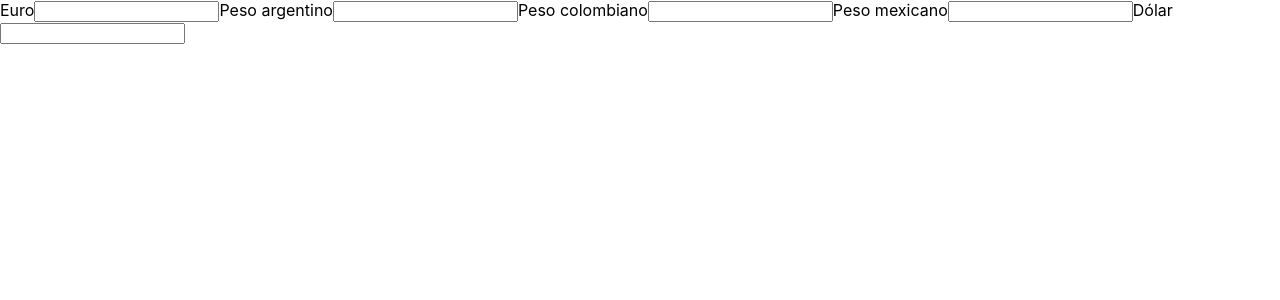
Repository: abgdev1997/ejercicios-react
Page: /
The author's editor kept a copy of each file at every save. The page is drawn from the files as they stood at one save, then again after the next save.
The browser window is 1280 px wide. The pictures show the whole page.
The project was rebuilt for these pictures with package versions that can differ from the ones it lists, and the page was loaded fresh each time.

Above is the page before, as saved 2022-02-22 13:56:23.

### public/index.html
<!DOCTYPE html>
<html lang="en">
  <head>
    <meta charset="utf-8" />
    <link rel="icon" href="%PUBLIC_URL%/favicon.ico" />
    <meta name="viewport" content="width=device-width, initial-scale=1" />
    <meta name="theme-color" content="#000000" />
    <meta
      name="description"
      content="Web site created using create-react-app"
    />
    <link rel="apple-touch-icon" href="%PUBLIC_URL%/logo192.png" />
    <link rel="manifest" href="%PUBLIC_URL%/manifest.json" />
    <title>JAB Converter</title>
  </head>
  <body>
    <noscript>You need to enable JavaScript to run this app.</noscript>
    <div id="root"></div>
  </body>
</html>

### src/index.js
import React from 'react';
import ReactDOM from 'react-dom';
import './index.css';
import AppConversor from './AppConversor';

ReactDOM.render(
  <React.StrictMode>
    <AppConversor />
  </React.StrictMode>,
  document.getElementById('root')
);

### src/AppConversor.js
import { useState } from "react";
import "./AppConversor.css";

function AppConversor() {
  const [monedas, setMonedas] = useState({
      euro: 1,
      pesoArgentino: 237.2,
      pesoColombiano: 9087,
      pesoMexicano: 46.4,
      dolar: 3.6
  });



  return <div className="App">
      <label>Euro</label>
      <input></input>
      <label>Peso argentino</label>
      <input></input>
      <label>Peso colombiano</label>
      <input></input>
      <label>Peso mexicano</label>
      <input></input>
      <label>Dólar</label>
      <input></input>
  </div>;
}
export default AppConversor;

### src/AppConversor.css
.AppConversor{
    display: flex;
    flex-direction: column;
}

Loaded but not shown: src/index.css (common file)

After the next save:
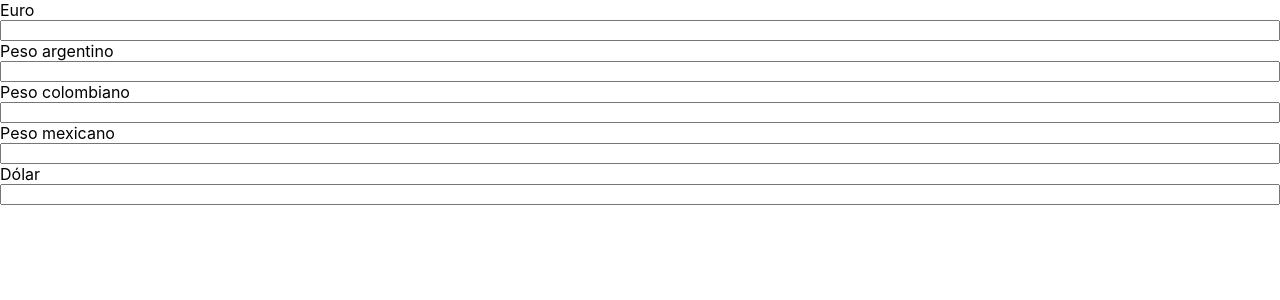
Saved 26 s later.
--- a/src/AppConversor.js
+++ b/src/AppConversor.js
@@ -12,7 +12,7 @@ function AppConversor() {
 
 
 
-  return <div className="App">
+  return <div className="AppConversor">
       <label>Euro</label>
       <input></input>
       <label>Peso argentino</label>
